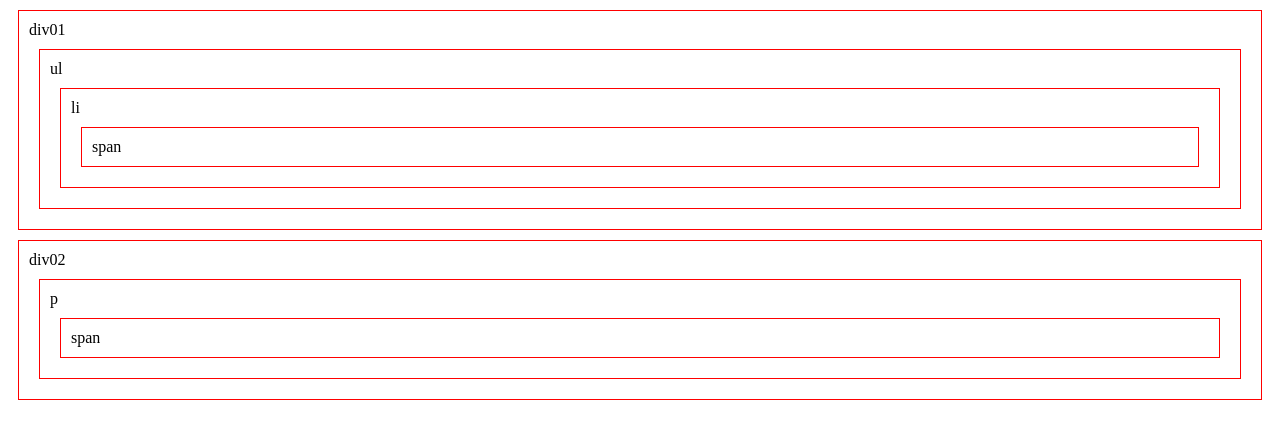
Repository: Jooheehan-kopo/web-workspace
Page: Lecture-web/WebContent/Jquery/exam17(parent).html
The author's editor kept a copy of each file at every save. The page is drawn from the files as they stood at one save, then again after the next save.
The browser window is 1280 px wide. The pictures show the whole page.

Above is the page before, as saved 2021-06-18 00:33:58.

After the next save:
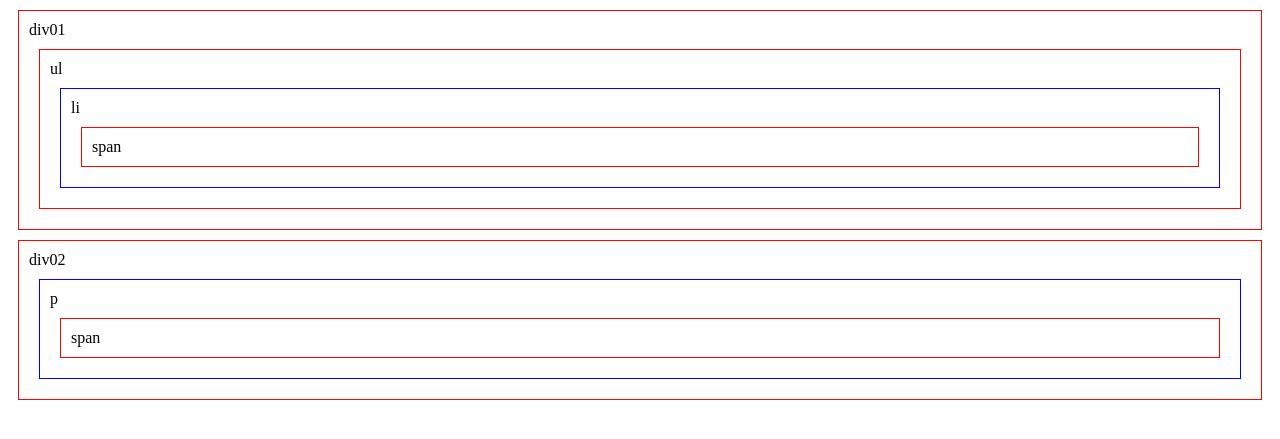
Saved 49 s later.
--- a/Lecture-web/WebContent/Jquery/exam17(parent).html
+++ b/Lecture-web/WebContent/Jquery/exam17(parent).html
@@ -14,7 +14,7 @@
 </style>
 <script>
 	$(document).ready(function() {
-		alert('!!!')
+		$('span').parent().css('border-color','blue')
 	})
 </script>
 
